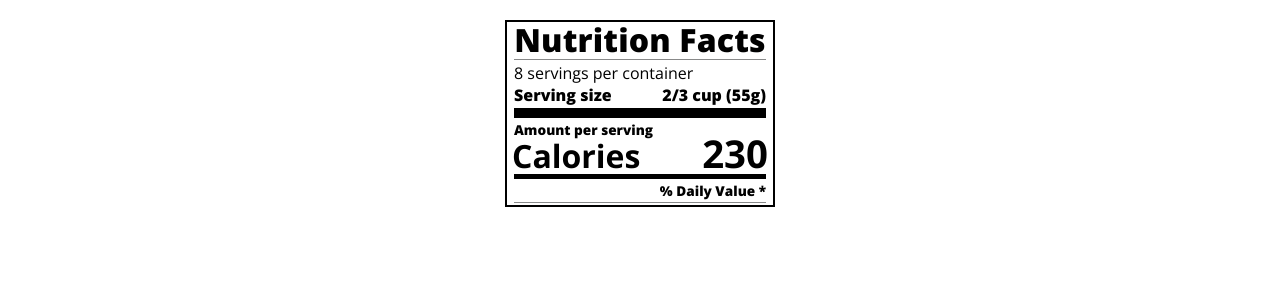
Repository: cipdanila/freeCodeCamp
Page: NutritionLabel/index.html
These files come from the project's save history. The page is drawn as it stood at one moment and after the next save; the edit follows.
The browser window is 1280 px wide. The pictures show the whole page.

Above is the page before, as saved 2023-10-09 20:12:42.

### NutritionLabel/index.html
<!DOCTYPE html>
<html lang="en">
<head>
    <meta charset="UTF-8">
    <meta name="viewport" content="width=device-width, initial-scale=1.0">
    <title>Nutrition Label</title>
    <link rel="stylesheet" href="https://fonts.googleapis.com/css?family=Open+Sans:400,700,800">
    <link rel="stylesheet" href="styles.css">
</head>
<body>
    <div class="label">
        <header>
            <h1 class="bold">Nutrition Facts</h1>
            <div class="divider"></div>
            <p>8 servings per container</p>
            <p class="bold">Serving size <span>2/3 cup (55g)</span></p>
        </header>
        <div class="divider large"></div>
        <div class="calories-info">
            <div class="left-container">
                <h2 class="bold small-text">Amount per serving</h2>
                <p>Calories</p>
            </div>
            <span>230</span>
        </div>
        <div class="divider medium"></div>
        <div class="daily-value small-text">
            <p class="bold right">% Daily Value *</p>
            <div class="divider"></div>
            <p><span></span></p>
        </div>
    </div>
</body>
</html>

### NutritionLabel/styles.css
* {
    box-sizing: border-box;
}

html {
    font-size: 16px;
}

body {
    font-family: "Open Sans", sans-serif;
}

.label {
    border: 2px solid black;
    width: 270px;
    margin: 20px auto;
    padding: 0 7px;
}

.bold {
    font-weight: 800;
}

header h1 {
    text-align: center;
    margin: -4px 0;
    letter-spacing: 0.15px;
}

p {
    margin: 0;
    display: flex;
    justify-content: space-between;
}

.divider {
    border-bottom: 1px solid #888989;
    margin: 2px 0;
}

.large {
    height: 10px;
}

.large, .medium {
    background-color: black;
    border: 0;
}

.small-text {
    font-size: 0.85rem;
}

.calories-info h2 {
    margin: 0;
}

.calories-info {
    display: flex;
    justify-content: space-between;
    align-items: flex-end;
}

.left-container p {
    margin: -5px -2px;
    font-size: 2em;
    font-weight: 700;
}

.calories-info span {
    font-size: 2.4em;
    font-weight: 700;
    margin: -7px -2px;
}

.medium {
    height: 5px;
}

.right {
    justify-content: flex-end;
}

After the next save:
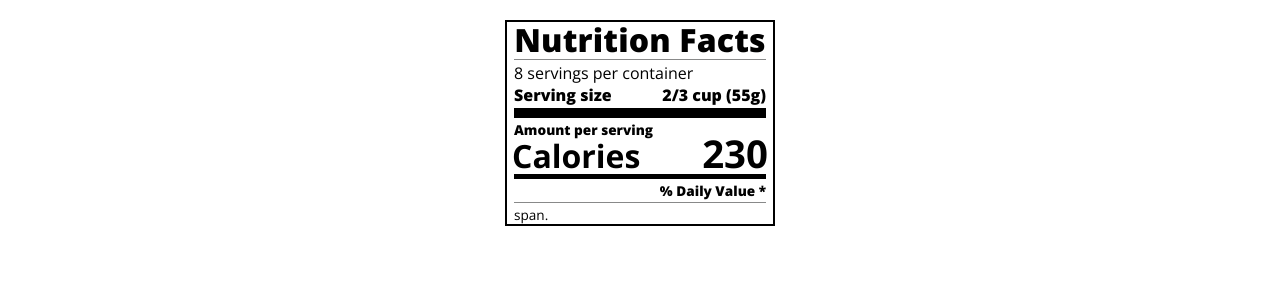
Saved 8 s later.
--- a/NutritionLabel/index.html
+++ b/NutritionLabel/index.html
@@ -27,7 +27,7 @@
         <div class="daily-value small-text">
             <p class="bold right">% Daily Value *</p>
             <div class="divider"></div>
-            <p><span></span></p>
+            <p><span>span.</span></p>
         </div>
     </div>
 </body>

After the save that followed:
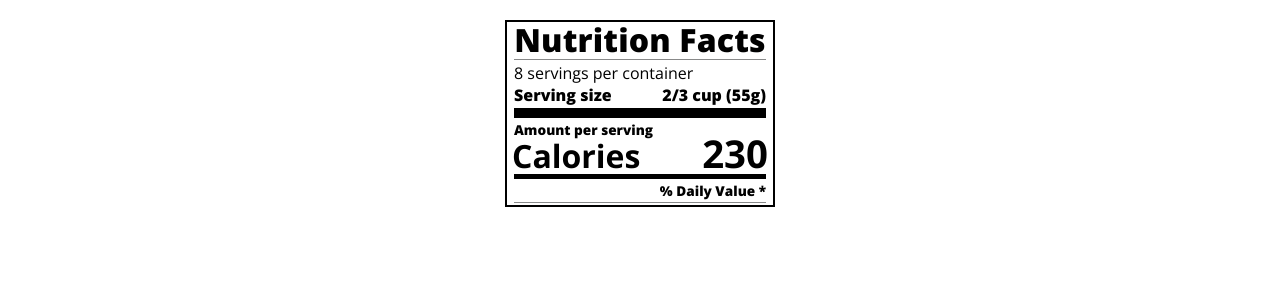
Saved 5 s later.
--- a/NutritionLabel/index.html
+++ b/NutritionLabel/index.html
@@ -27,7 +27,7 @@
         <div class="daily-value small-text">
             <p class="bold right">% Daily Value *</p>
             <div class="divider"></div>
-            <p><span>span.</span></p>
+            <p><span><span class="bold"></span></span></p>
         </div>
     </div>
 </body>
